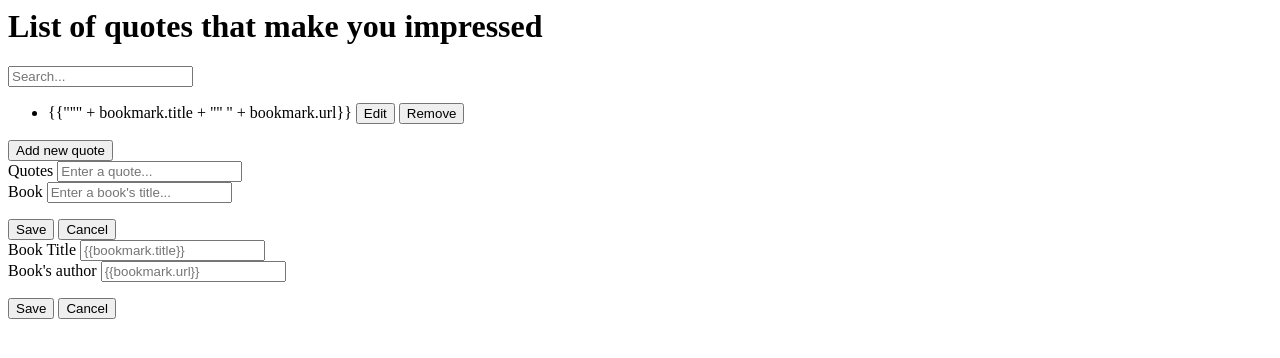
Repository: joannapl/LibraryOnline
Page: templates/quotes.html
The author's editor kept a record of every edit. The page is drawn from the files as they stood at one moment, then again after the next edit.
The browser window is 1280 px wide. The pictures show the whole page.

Above is the page before.

### templates/quotes.html
<div ng-controller="quotesController">
    <div class="jumbotron">
        <h1><span class="pageSubtitle">List of quotes that make you impressed</span></h1>
    </div>


    <div class="form-inline">
        <input type="text" class="form-control" ng-model="search" placeholder="Search...">
    </div>

    <div class="page-header">
        <ul>
            <li class="listStyle" ng-repeat="(id, bookmark) in bookmarks | filter: search">
                  <span>{{"''" + bookmark.title + "''  " + bookmark.url}}</span>
                  <label for="linkStyle">
                    <button type="button" class="btn btn-default" ng-click="resetForm(); editForm(id, bookmark.title, bookmark.url); showEditing()" >Edit</button>
                    <button type="button" class="btn btn-default" ng-click="cancelEditing(); removeItem(id)">Remove</button>
                </label>
            </li>
        </ul>
    </div>
    <div id="buttonDiv">
        <button type="button" class="btn btn-default" ng-click="resetForm(); showCreating()">
        Add new quote
        </button>
    </div>

    <div class="jumbotron" id="addDiv" ng-hide="hideCreate">
        <form role="form">
             <div class="form-group">
                <label for="bookmarkTitle">Quotes</label>
                <input type="text" ng-model="bookmarkTitleAdd" class="form-control" id="bookmarkTitle" placeholder="Enter a quote...">
            </div>
            <div class="form-group">
                <label for="bookmarkUrl">Book</label>
                <input type="text" ng-model="bookmarkUrlAdd" class="form-control" id="bookmarkUrl" placeholder="Enter a book's title...">
            </div>
        </form>
       <button type="button" class="btn btn-primary" ng-click="addItem(bookmarkTitleAdd, bookmarkUrlAdd); cancelCreating(); resetForm()">Save</button>
       <button type="button" class="btn btn-default" ng-click="cancelCreating(); resetForm()">Cancel</button>
    </div>

    <div class="jumbotron"  id="editDiv" ng-hide="hideEdit">
        <form role="form">
             <div class="form-group">
                <label for="bookmarkTitle">Book Title</label>
                <input type="text" ng-model="bookmarkTitleEdit" class="form-control" id="bookmarkTitle" placeholder="{{bookmark.title}}">
            </div>
            <div class="form-group">
                <label for="bookmarkUrl">Book's author</label>
                <input type="text" ng-model="bookmarkUrlEdit" class="form-control" id="bookmarkUrl" placeholder="{{bookmark.url}}">
            </div>
        </form>
        <button type="button" class="btn btn-primary" ng-click="updateItem(); cancelEditing();">Save</button>
        <button type="button" class="btn btn-default" ng-click="cancelEditing(); resetForm()">Cancel</button>
    </div>
</div>

After the next edit:
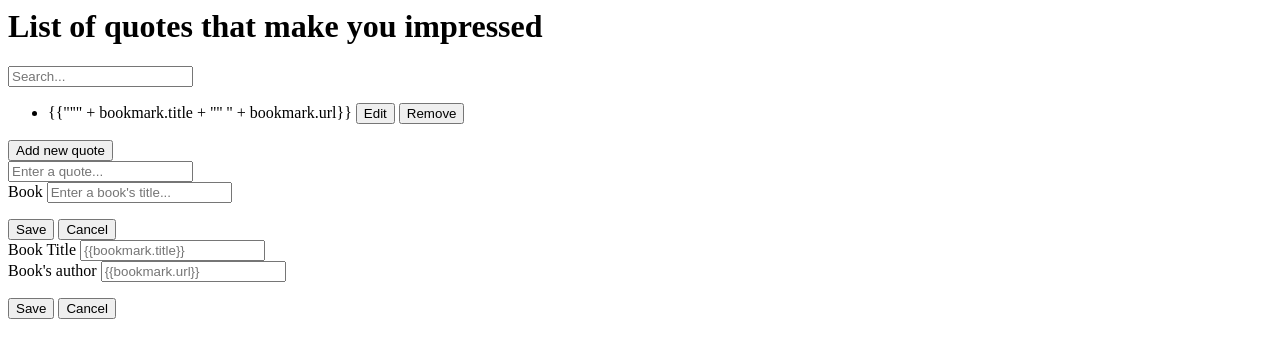
The edit:
--- a/templates/quotes.html
+++ b/templates/quotes.html
@@ -28,7 +28,6 @@
     <div class="jumbotron" id="addDiv" ng-hide="hideCreate">
         <form role="form">
              <div class="form-group">
-                <label for="bookmarkTitle">Quotes</label>
                 <input type="text" ng-model="bookmarkTitleAdd" class="form-control" id="bookmarkTitle" placeholder="Enter a quote...">
             </div>
             <div class="form-group">
